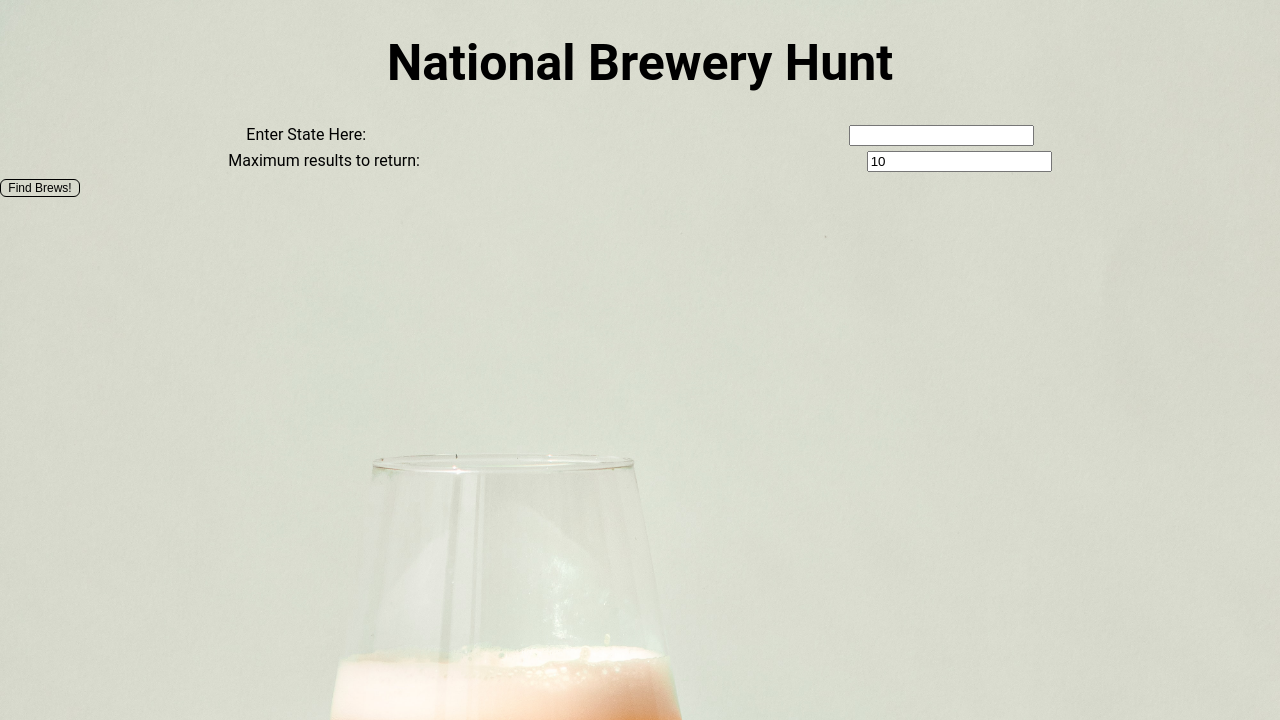
Repository: kaitlynMidori/searchBrews
Page: index.html
These files come from the project's save history. The page is drawn as it stood at one moment and after the next save; the edit follows.
The browser window is 1280 px wide. The pictures show the whole page.

Above is the page before, as saved 2021-01-08 14:08:25.

After the next save:
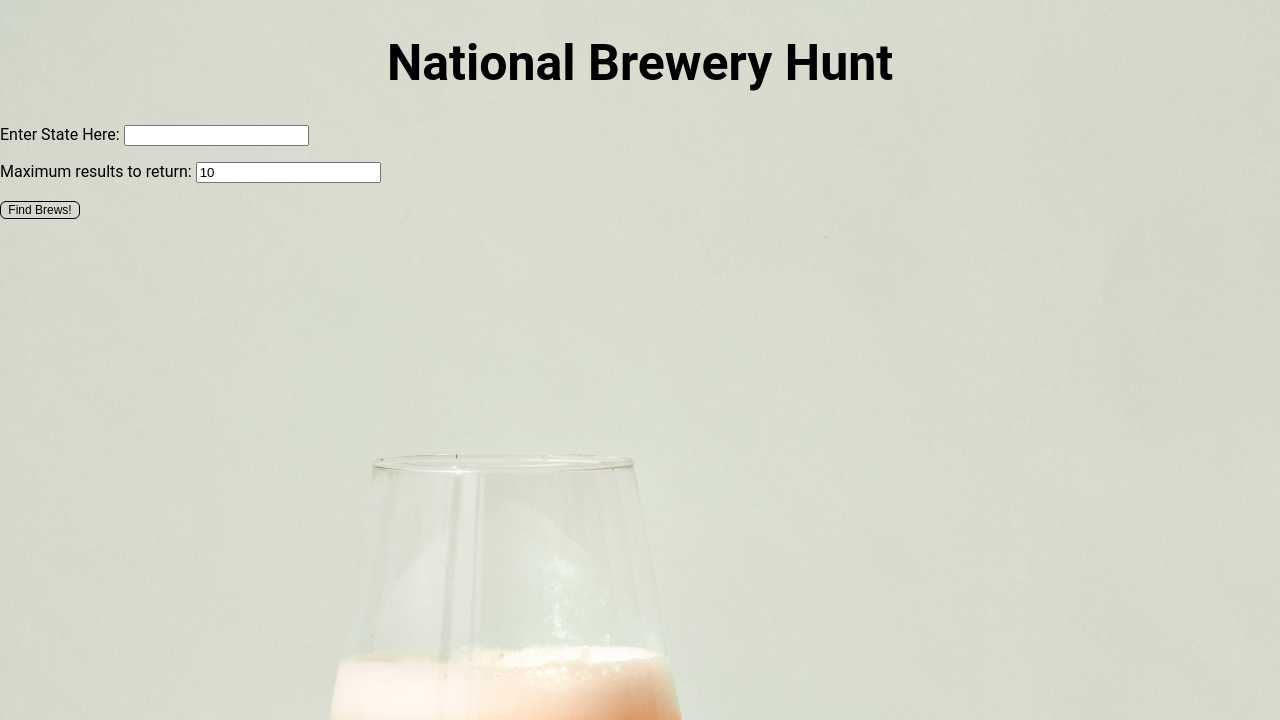
Saved 11 s later.
--- a/style.css
+++ b/style.css
@@ -46,12 +46,6 @@ legend {
     text-align: center;
 }
 
-p {
-    margin: 5px;
-    display: flex;
-    width: auto;
-    justify-content: left;
-}
 
 label {
     justify-content: center;
